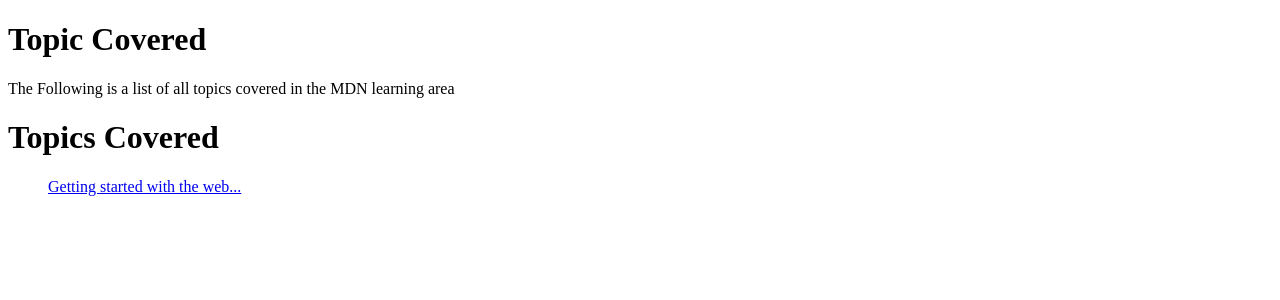
Repository: sriram1224/ReactProjects.github.io
Page: Assignments/Assignment1/index.html
The author's editor kept a copy of each file at every save. The page is drawn from the files as they stood at one save, then again after the next save.
The browser window is 1280 px wide. The pictures show the whole page.

Above is the page before, as saved 2024-03-01 09:47:12.

After the next save:
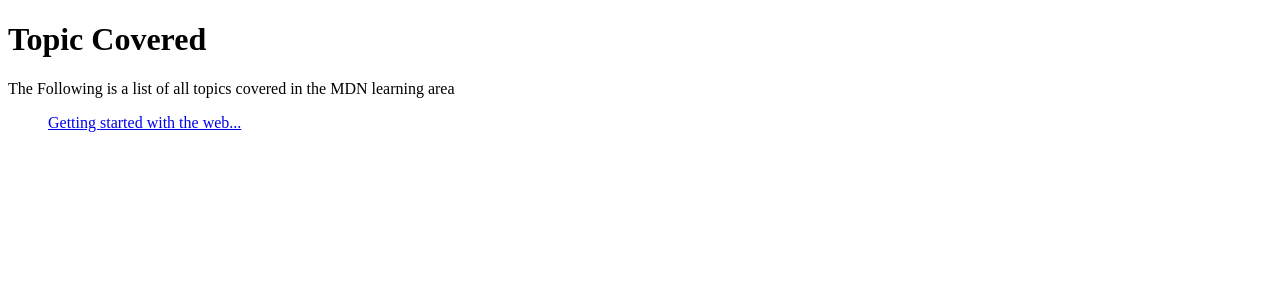
Saved 8 s later.
--- a/Assignments/Assignment1/index.html
+++ b/Assignments/Assignment1/index.html
@@ -27,7 +27,7 @@
       'div',
       null,
       [
-        React.createElement('h1', null, 'Topics Covered'),
+
         React.createElement('ul', null, [
         React.createElement('a', {href: 'http://example.com'}, 'Getting started with the web...')
         ])
